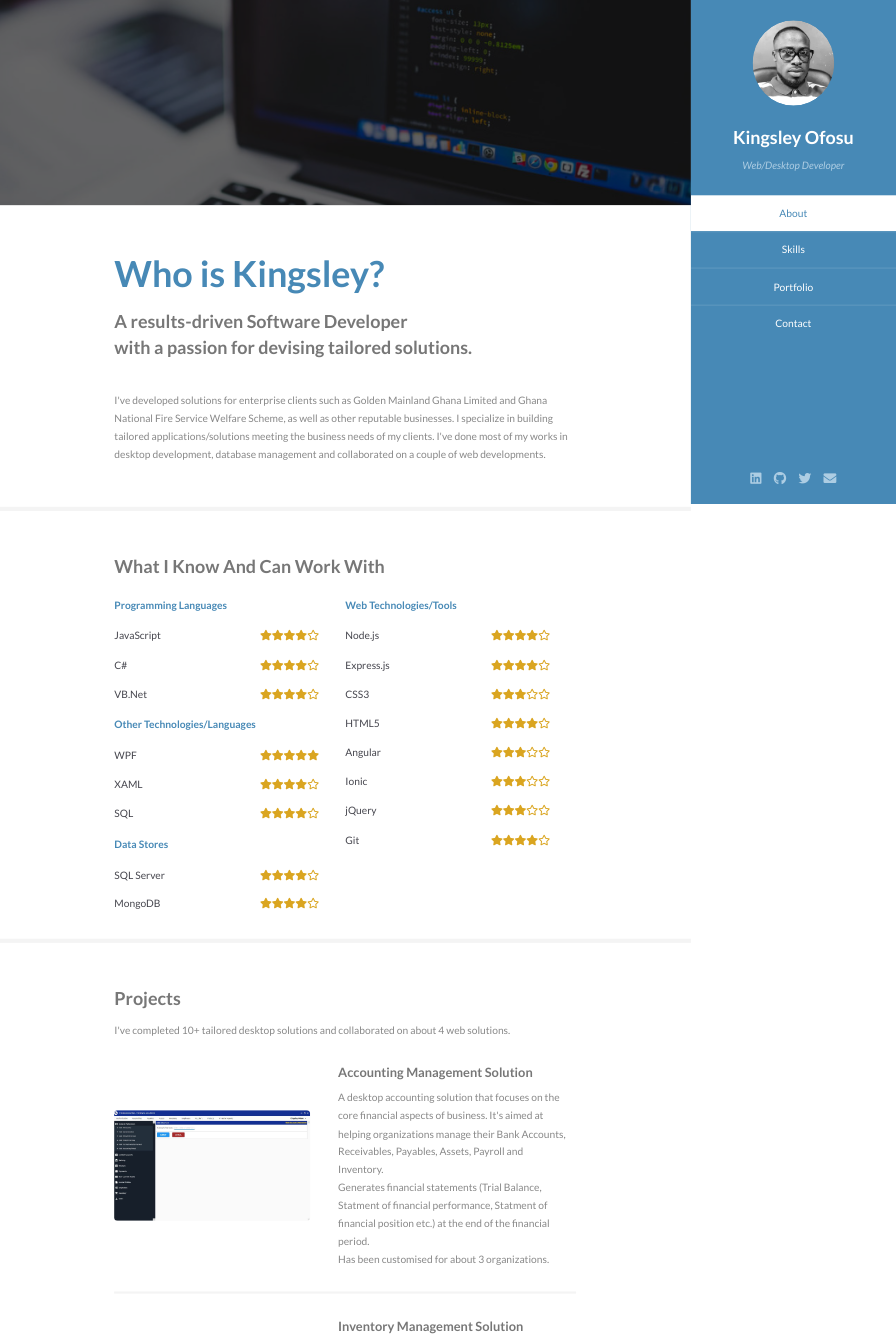
Repository: KOfosu/kingsleyofosu
Page: index.html
An editor plug-in stored every save of this project. The page is shown before and after the next save, followed by the edit.
The browser window is 1280 px wide. The pictures show the part of the page from y = 0 to 1920 px (the page is 2873 px tall), at 70% of full size.

Above is the page before, as saved 2020-02-25 17:50:29.

### index.html
<!DOCTYPE HTML>
<html lang="en">

<head>
	<title>Kingsley Ofosu</title>
	<meta charset="utf-8" />
	<meta name="viewport" content="width=device-width, initial-scale=1" />
	<meta name="keywords" content="Software Developer, Kingsley, Ofosu, Kingsley Ofosu" />
	<meta name="description" content="Software Developer, Kingsley, Ofosu, Kingsley Ofosu" />
	<link rel="icon" href="images/favicon.ico">
	<link rel="stylesheet" href="assets/css/main.css" />
</head>

<body class="is-preload">

	<!-- Header -->
	<section id="header">
		<header>
			<span class="image avatar"><img src="images/profile-pic.jpg" alt="" /></span>
			<h1 id="logo"><a href="#about">Kingsley Ofosu</a></h1>
			<p>Web/Desktop Developer<br /></p>
		</header>
		<nav id="nav">
			<ul>
				<li><a href="#about" class="active">About</a></li>
				<li><a href="#skills">Skills</a></li>
				<li><a href="#portfolio">Portfolio</a></li>
				<li><a href="#contact">Contact</a></li>

			</ul>
		</nav>
		<footer>
			<ul class="icons">
				<li><a target="_blank" rel="noopener" href="https://www.linkedin.com/in/kingsleyofosu/"
						class="icon brands fa-linkedin"><span class="label">LinkedIn</span></a></li>
				<li><a target="_blank" rel="noopener" href="https://github.com/KOfosu/"
						class="icon brands fa-github"><span class="label">Github</span></a></li>
				<li><a target="_blank" rel="noopener" href="https://twitter.com/kingsleyofosu_/"
						class="icon brands fa-twitter"><span class="label">Twitter</span></a></li>
				<li><a target="_blank" rel="noopener" href="mailto:kingsleyofosu@yahoo.com"
						class="icon solid fa-envelope"><span class="label">Email</span></a></li>
			</ul>
		</footer>
	</section>

	<!-- Wrapper -->
	<div id="wrapper">

		<!-- Main -->
		<div id="main">

			<!-- One -->
			<!-- ******************************** About Me -->
			<section id="about">
				<div class="image main" data-position="center">
					<img src="images/banner.jpg" alt="Profile picture" />
				</div>
				<div class="container">
					<header class="major">
						<h2>Who is Kingsley?</h2>
						<p>A results-driven Software Developer<br />
							with a passion for devising tailored solutions.</p>
					</header>
					<p>I've developed solutions for enterprise clients such as Golden Mainland
						Ghana Limited and Ghana National Fire Service Welfare Scheme,
						as well as other reputable businesses.
						I specialize in building tailored applications/solutions meeting the business needs of my
						clients.
						I've done most of my works in desktop development, database management and collaborated on a
						couple of web developments.
					</p>

				</div>
			</section>


			<!-- ******************************* Skills  -->
			<!-- Two -->
			<section id="skills">
				<div class="container">
					<h3>What I Know And Can Work With</h3>
					<div class="skills-list">
						<div class="skills-table-one">
							<table>
								<tr>
									<td class="headings">Programming Languages</td>
								</tr>
								<tr>
									<td>JavaScript</td>
									<td><i class="fas fa-star"><i class="fas fa-star"><i class="fas fa-star"><i
														class="fas fa-star"><i class="far fa-star">
									<td>
								</tr>
								<tr>
									<td>C#</td>
									<td><i class="fas fa-star"><i class="fas fa-star"><i class="fas fa-star"><i
														class="fas fa-star"><i class="far fa-star">
									<td>
								</tr>
								<tr>
									<td>VB.Net</td>
									<td><i class="fas fa-star"><i class="fas fa-star"><i class="fas fa-star"><i
														class="fas fa-star"><i class="far fa-star">
									<td>
								</tr>

								<tr>
									<td class="headings">Other Technologies/Languages</td>
								</tr>
								<tr>
									<td>WPF</td>
									<td><i class="fas fa-star"><i class="fas fa-star"><i class="fas fa-star"><i
														class="fas fa-star"><i class="fas fa-star">
									<td>
								</tr>
								<tr>
									<td>XAML</td>
									<td><i class="fas fa-star"><i class="fas fa-star"><i class="fas fa-star"><i
														class="fas fa-star"><i class="far fa-star">
									<td>
								</tr>
								<tr>
									<td>SQL</td>
									<td><i class="fas fa-star"><i class="fas fa-star"><i class="fas fa-star"><i
														class="fas fa-star"><i class="far fa-star">
									<td>
								</tr>
								<tr>
									<td class="headings">Data Stores</td>
								</tr>
								<tr>
									<td>SQL Server</td>
									<td><i class="fas fa-star"><i class="fas fa-star"><i class="fas fa-star"><i
														class="fas fa-star"><i class="far fa-star">
									<td>
								</tr>
								<tr>
									<td>MongoDB</td>
									<td><i class="fas fa-star"><i class="fas fa-star"><i class="fas fa-star"><i
														class="fas fa-star"><i class="far fa-star">
									<td>
								</tr>
							</table>
						</div>

						<div class="skills-table-two">
							<table>
								<tr>
									<td class="headings">Web Technologies/Tools</td>
								</tr>

								<tr>
									<td>Node.js</td>
									<td><i class="fas fa-star"><i class="fas fa-star"><i class="fas fa-star"><i
														class="fas fa-star"><i class="far fa-star">
									<td>
								</tr>
								<tr>
									<td>Express.js</td>
									<td><i class="fas fa-star"><i class="fas fa-star"><i class="fas fa-star"><i
														class="fas fa-star"><i class="far fa-star">
									<td>
								</tr>
								<tr>
									<td>CSS3</td>
									<td><i class="fas fa-star"><i class="fas fa-star"><i class="fas fa-star"><i
														class="far fa-star"><i class="far fa-star">
									<td>
								</tr>
								<tr>
									<td>HTML5</td>
									<td><i class="fas fa-star"><i class="fas fa-star"><i class="fas fa-star"><i
														class="fas fa-star"><i class="far fa-star">
									<td>
								</tr>
								<tr>
									<td>Angular</td>
									<td><i class="fas fa-star"><i class="fas fa-star"><i class="fas fa-star"><i
														class="far fa-star"><i class="far fa-star">
									<td>
								</tr>
								<!-- <tr>
									<td>React</td>
									<td><i class="fas fa-star"><i class="fas fa-star"><i class="far fa-star"><i class="far fa-star"><i class="far fa-star"><td>
								</tr> -->
								<tr>
									<td>Ionic</td>
									<td><i class="fas fa-star"><i class="fas fa-star"><i class="fas fa-star"><i
														class="far fa-star"><i class="far fa-star">
									<td>
								</tr>
								<tr>
									<td>jQuery</td>
									<td><i class="fas fa-star"><i class="fas fa-star"><i class="fas fa-star"><i
														class="far fa-star"><i class="far fa-star">
									<td>
								</tr>
								<tr>
									<td>Git</td>
									<td><i class="fas fa-star"><i class="fas fa-star"><i class="fas fa-star"><i
														class="fas fa-star"><i class="far fa-star">
									<td>
								</tr>
							</table>
						</div>
					</div>
				</div>
			</section>

			<!-- ***************************** Projects -->
			<!-- Three -->
			<section id="portfolio">
				<div class="container">
					<h3>Projects</h3>
					<p>I've completed 10+ tailored desktop solutions and collaborated on about 4 web solutions.</p>
					<div class="features">
						<article>
							<a href="images/thinkaccounting.JPG" target="_blank" rel="noopener" class="image"><img
									src="images/thinkaccounting.JPG" alt="Image of Accounting System Interface" /></a>
							<div class="inner">
								<h4>Accounting Management Solution</h4>
								<p>A desktop accounting solution that focuses on the core financial aspects of business.
									It's aimed at helping organizations manage their Bank Accounts, Receivables,
									Payables, Assets, Payroll and Inventory. <br>
									Generates financial statements (Trial Balance, Statment of financial performance,
									Statment of financial position etc.)
									at the end of the financial period. <br>
									Has been customised for about 3 organizations.
								</p>
							</div>
						</article>
						<article>
							<a href="images/thinksales.JPG" target="_blank" rel="noopener" class="image"><img
									src="images/thinksales.JPG" alt="Image of inventory System Interface" /></a>
							<div class="inner">
								<h4>Inventory Management Solution</h4>
								<p>This solution is a subset of the Accounting Management Solution and is more focused
									on inventory management.
									It's aimed at helping small to medium scale business manage their inventory and
									sales.
									Helps track products that are expired, about to expire, below stock thresholds etc.
									<br>
									Generates various sales reports and graphs, inventory reports etc. <br>
									Has been customised for 10+ businesses including pharmacies, restaurants etc.
								</p>
							</div>
						</article>
						<article>
							<div class="inner web">
								<h4>Web Solutions Collaborated On</h4>
								<ul>
									<li><a target="_blank" rel="noopener"
											href="https://www.medrxapp.thinkwell.app">Pharmacies
											Management Solution</a> <span
											class="icon solid fa-external-link-alt"></span></li>
									<li><a target="_blank" rel="noopener"
											href="https://www.thinkchurch.thinkwell.app">Church
											Management Solution </a><span
											class="icon solid fa-external-link-alt"></span></li>
									<li><a target="_blank" rel="noopener" href="https://www.adesua.thinkwell.app">School
											Management
											Solution</a> <span class="icon solid fa-external-link-alt"></span></li>
									<li><a target="_blank" rel="noopener"
											href="https://kingdomadvanceoutreach.herokuapp.com/">Church Registration Form (Mobile App-Like)</a> <span
											class="icon solid fa-external-link-alt"></span></li>
								</ul>
							</div>
						</article>
					</div>
				</div>
			</section>
			<!-- ***************************** Contact -->
			<!-- Four -->
			<section id="contact">
				<div class="container">
					<h3>Contact Me</h3>
					<p><a href="./assets/resume.pdf" target="_blank" rel="noopener"
							class="icon solid fa-download download" download><span> &nbsp; Download My Resume</span></a>
					</p>
					<p><span class="icon solid fa-phone-alt"> &nbsp; +[233] 201694902 / 541424292 </span><br>
						<span class="icon solid fa-envelope"> &nbsp; kingsleyofosu@yahoo.com </span>
					</p>
				</div>
			</section>
		</div>

		<!-- Footer -->
		<section id="footer">
			<div class="container">
				<ul class="copyright">
					<li>&copy; Kingsley Ofosu. All rights reserved.</li>
				</ul>
			</div>
		</section>

	</div>

	<!-- Scripts -->
	<script src="assets/js/jquery.min.js"></script>
	<script src="assets/js/jquery.scrollex.min.js"></script>
	<script src="assets/js/jquery.scrolly.min.js"></script>
	<script src="assets/js/browser.min.js"></script>
	<script src="assets/js/breakpoints.min.js"></script>
	<script src="assets/js/util.js"></script>
	<script src="assets/js/main.js"></script>
</body>

</html>

Loaded but not shown: assets/css/fontawesome-all.min.css (library); assets/js/jquery.min.js (library); assets/js/jquery.scrollex.min.js (common file); assets/js/jquery.scrolly.min.js (common file); assets/js/browser.min.js (common file); assets/js/breakpoints.min.js (common file); assets/js/util.js (587 lines, source omitted); assets/js/main.js (159 lines, source omitted); assets/css/main.css (3580 lines, source omitted)

After the next save:
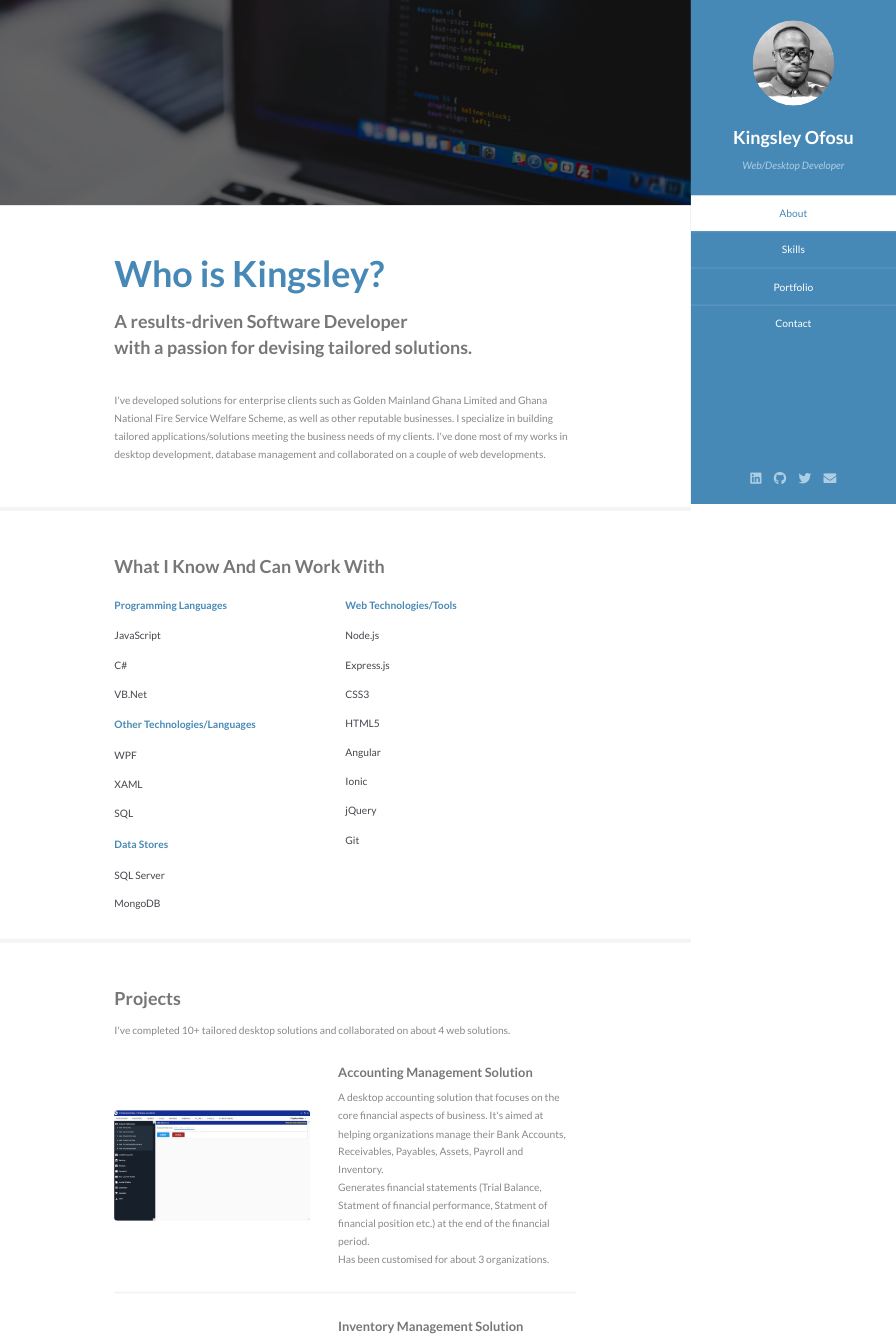
Saved 103 days later.
--- a/index.html
+++ b/index.html
@@ -87,20 +87,23 @@
 								</tr>
 								<tr>
 									<td>JavaScript</td>
-									<td><i class="fas fa-star"><i class="fas fa-star"><i class="fas fa-star"><i
-														class="fas fa-star"><i class="far fa-star">
+									<td>
+										<!-- <i class="fas fa-star"><i class="fas fa-star"><i class="fas fa-star"><i -->
+										<!-- class="fas fa-star"><i class="far fa-star"> -->
 									<td>
 								</tr>
 								<tr>
 									<td>C#</td>
-									<td><i class="fas fa-star"><i class="fas fa-star"><i class="fas fa-star"><i
-														class="fas fa-star"><i class="far fa-star">
+									<td>
+										<!-- <i class="fas fa-star"><i class="fas fa-star"><i class="fas fa-star"><i -->
+										<!-- class="fas fa-star"><i class="far fa-star"> -->
 									<td>
 								</tr>
 								<tr>
 									<td>VB.Net</td>
-									<td><i class="fas fa-star"><i class="fas fa-star"><i class="fas fa-star"><i
-														class="fas fa-star"><i class="far fa-star">
+									<td>
+										<!-- <i class="fas fa-star"><i class="fas fa-star"><i class="fas fa-star"><i -->
+										<!-- class="fas fa-star"><i class="far fa-star"> -->
 									<td>
 								</tr>
 
@@ -109,20 +112,23 @@
 								</tr>
 								<tr>
 									<td>WPF</td>
-									<td><i class="fas fa-star"><i class="fas fa-star"><i class="fas fa-star"><i
-														class="fas fa-star"><i class="fas fa-star">
+									<td>
+										<!-- <i class="fas fa-star"><i class="fas fa-star"><i class="fas fa-star"><i -->
+										<!-- class="fas fa-star"><i class="fas fa-star"> -->
 									<td>
 								</tr>
 								<tr>
 									<td>XAML</td>
-									<td><i class="fas fa-star"><i class="fas fa-star"><i class="fas fa-star"><i
-														class="fas fa-star"><i class="far fa-star">
+									<td>
+										<!-- <i class="fas fa-star"><i class="fas fa-star"><i class="fas fa-star"><i -->
+										<!-- class="fas fa-star"><i class="far fa-star"> -->
 									<td>
 								</tr>
 								<tr>
 									<td>SQL</td>
-									<td><i class="fas fa-star"><i class="fas fa-star"><i class="fas fa-star"><i
-														class="fas fa-star"><i class="far fa-star">
+									<td>
+										<!-- <i class="fas fa-star"><i class="fas fa-star"><i class="fas fa-star"><i -->
+										<!-- class="fas fa-star"><i class="far fa-star"> -->
 									<td>
 								</tr>
 								<tr>
@@ -130,14 +136,16 @@
 								</tr>
 								<tr>
 									<td>SQL Server</td>
-									<td><i class="fas fa-star"><i class="fas fa-star"><i class="fas fa-star"><i
-														class="fas fa-star"><i class="far fa-star">
+									<td>
+										<!-- <i class="fas fa-star"><i class="fas fa-star"><i class="fas fa-star"><i -->
+										<!-- class="fas fa-star"><i class="far fa-star"> -->
 									<td>
 								</tr>
 								<tr>
 									<td>MongoDB</td>
-									<td><i class="fas fa-star"><i class="fas fa-star"><i class="fas fa-star"><i
-														class="fas fa-star"><i class="far fa-star">
+									<td>
+										<!-- <i class="fas fa-star"><i class="fas fa-star"><i class="fas fa-star"><i -->
+										<!-- class="fas fa-star"><i class="far fa-star"> -->
 									<td>
 								</tr>
 							</table>
@@ -151,32 +159,37 @@
 
 								<tr>
 									<td>Node.js</td>
-									<td><i class="fas fa-star"><i class="fas fa-star"><i class="fas fa-star"><i
-														class="fas fa-star"><i class="far fa-star">
+									<td>
+										<!-- <i class="fas fa-star"><i class="fas fa-star"><i class="fas fa-star"><i -->
+										<!-- class="fas fa-star"><i class="far fa-star"> -->
 									<td>
 								</tr>
 								<tr>
 									<td>Express.js</td>
-									<td><i class="fas fa-star"><i class="fas fa-star"><i class="fas fa-star"><i
-														class="fas fa-star"><i class="far fa-star">
+									<td>
+										<!-- <i class="fas fa-star"><i class="fas fa-star"><i class="fas fa-star"><i -->
+										<!-- class="fas fa-star"><i class="far fa-star"> -->
 									<td>
 								</tr>
 								<tr>
 									<td>CSS3</td>
-									<td><i class="fas fa-star"><i class="fas fa-star"><i class="fas fa-star"><i
-														class="far fa-star"><i class="far fa-star">
+									<td>
+										<!-- <i class="fas fa-star"><i class="fas fa-star"><i class="fas fa-star"><i -->
+										<!-- class="far fa-star"><i class="far fa-star"> -->
 									<td>
 								</tr>
 								<tr>
 									<td>HTML5</td>
-									<td><i class="fas fa-star"><i class="fas fa-star"><i class="fas fa-star"><i
-														class="fas fa-star"><i class="far fa-star">
+									<td>
+										<!-- <i class="fas fa-star"><i class="fas fa-star"><i class="fas fa-star"><i -->
+										<!-- class="fas fa-star"><i class="far fa-star"> -->
 									<td>
 								</tr>
 								<tr>
 									<td>Angular</td>
-									<td><i class="fas fa-star"><i class="fas fa-star"><i class="fas fa-star"><i
-														class="far fa-star"><i class="far fa-star">
+									<td>
+										<!-- <i class="fas fa-star"><i class="fas fa-star"><i class="fas fa-star"><i -->
+										<!-- class="far fa-star"><i class="far fa-star"> -->
 									<td>
 								</tr>
 								<!-- <tr>
@@ -185,20 +198,23 @@
 								</tr> -->
 								<tr>
 									<td>Ionic</td>
-									<td><i class="fas fa-star"><i class="fas fa-star"><i class="fas fa-star"><i
-														class="far fa-star"><i class="far fa-star">
+									<td>
+										<!-- <i class="fas fa-star"><i class="fas fa-star"><i class="fas fa-star"><i -->
+										<!-- class="far fa-star"><i class="far fa-star"> -->
 									<td>
 								</tr>
 								<tr>
 									<td>jQuery</td>
-									<td><i class="fas fa-star"><i class="fas fa-star"><i class="fas fa-star"><i
-														class="far fa-star"><i class="far fa-star">
+									<td>
+										<!-- <i class="fas fa-star"><i class="fas fa-star"><i class="fas fa-star"><i -->
+										<!-- class="far fa-star"><i class="far fa-star"> -->
 									<td>
 								</tr>
 								<tr>
 									<td>Git</td>
-									<td><i class="fas fa-star"><i class="fas fa-star"><i class="fas fa-star"><i
-														class="fas fa-star"><i class="far fa-star">
+									<td>
+										<!-- <i class="fas fa-star"><i class="fas fa-star"><i class="fas fa-star"><i -->
+										<!-- class="fas fa-star"><i class="far fa-star"> -->
 									<td>
 								</tr>
 							</table>
@@ -261,7 +277,8 @@
 											Management
 											Solution</a> <span class="icon solid fa-external-link-alt"></span></li>
 									<li><a target="_blank" rel="noopener"
-											href="https://kingdomadvanceoutreach.herokuapp.com/">Church Registration Form (Mobile App-Like)</a> <span
+											href="https://kingdomadvanceoutreach.herokuapp.com/">Church Registration
+											Form (Mobile App-Like)</a> <span
 											class="icon solid fa-external-link-alt"></span></li>
 								</ul>
 							</div>
